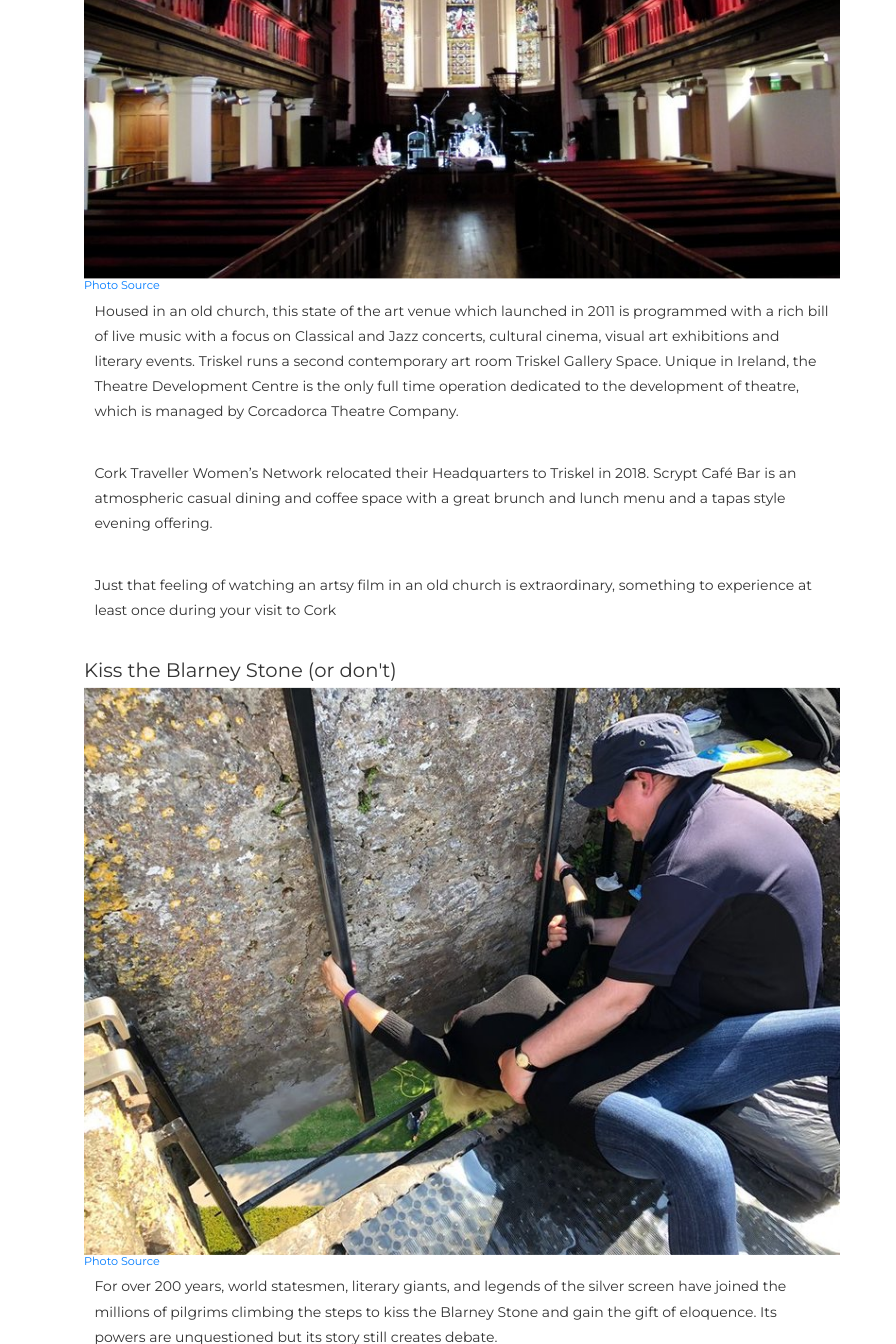
Repository: Maja-Jer/Welcome-to-Cork
Page: experience.html
The author's editor kept a record of every edit. The page is drawn from the files as they stood at one moment, then again after the next edit.
The browser window is 1280 px wide. The pictures show the part of the page from y = 3484 to 5404 px (the page is 6216 px tall), at 70% of full size.
Some web libraries are served in a nearby version.

Above is the page before.
Console error: TypeError: Cannot read properties of undefined (reading 'fn')

After the next edit:
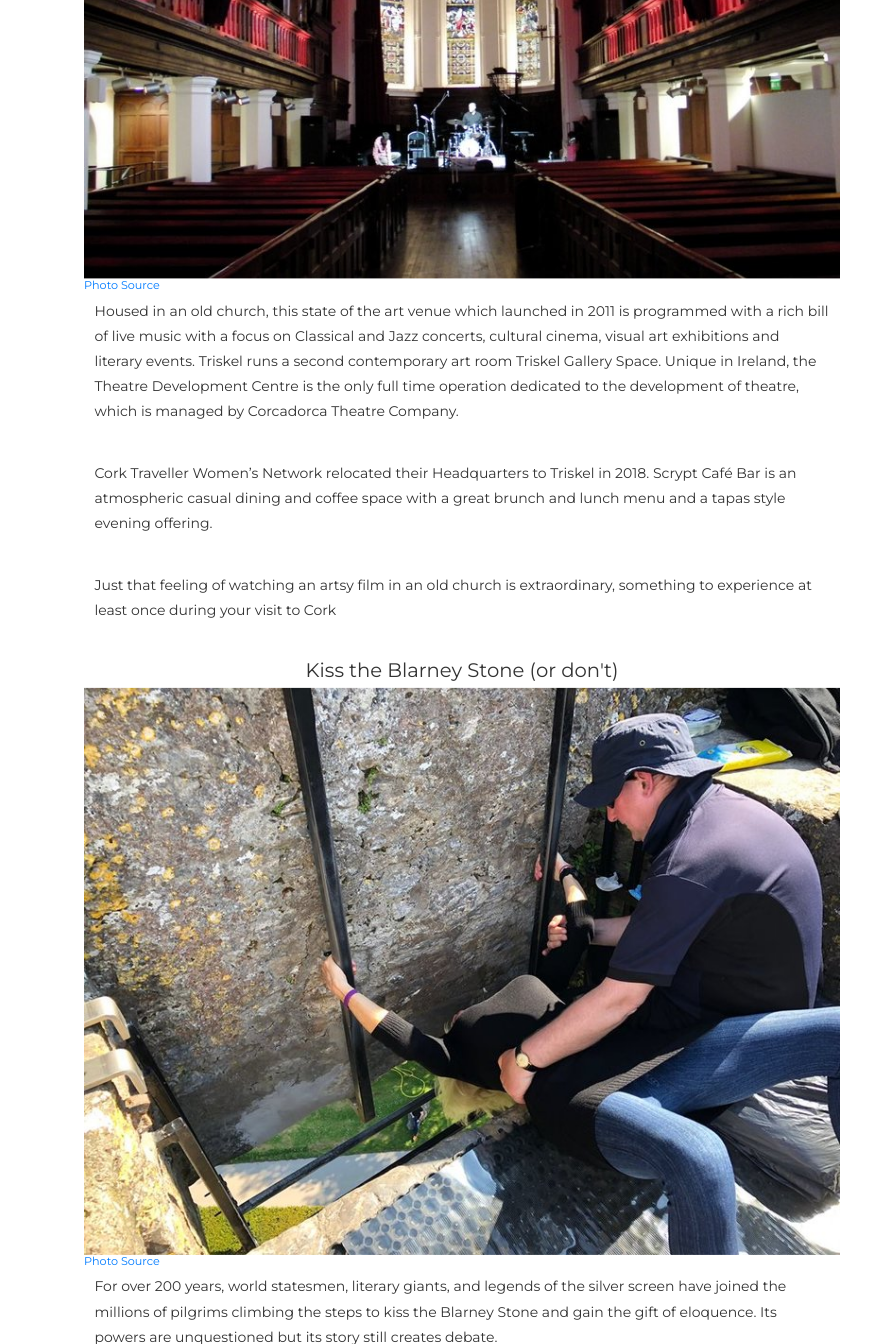
The edit:
--- a/experience.html
+++ b/experience.html
@@ -147,7 +147,7 @@
 
         <div class= "container blarney-stone">
             <div class= "row blarney-stone">
-                <div class= "col-6">
+                <div class= "col-12">
                     <h3>Kiss the Blarney Stone (or don't)</h3>
                 </div>
             </div>
